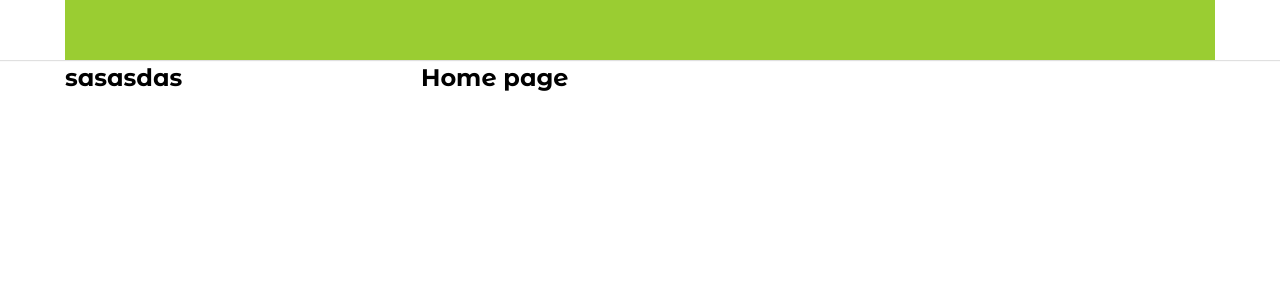
Repository: thinh909thinh/tiktok
Page: /
An editor plug-in stored every save of this project. The page is shown before and after the next save, followed by the edit.
The browser window is 1280 px wide. The pictures show the whole page.
The project was rebuilt for these pictures with package versions that can differ from the ones it lists, and the page was loaded fresh each time. Also part of the build but not shown: src/components/Layout/HeaderOnly/index.js, src/pages/Followwing/index.js, src/pages/Profile/index.js, src/pages/Upload/index.js, src/pages/Seach/index.js.

Above is the page before, as saved 2022-08-26 14:31:18.

### src/index.js
import React from 'react';
import ReactDOM from 'react-dom/client';
import App from '~/App';
import reportWebVitals from './reportWebVitals';
import GlobalStyles from '~/components/GlobalStyles';
const root = ReactDOM.createRoot(document.getElementById('root'));
root.render(
    <React.StrictMode>
        <GlobalStyles>
            <App />
        </GlobalStyles>
    </React.StrictMode>,
);

// If you want to start measuring performance in your app, pass a function
// to log results (for example: reportWebVitals(console.log))
// or send to an analytics endpoint. Learn more: https://bit.ly/CRA-vitals
reportWebVitals();

### src/App.js
import { BrowserRouter as Router, Route, Routes } from 'react-router-dom';
import { Fragment } from 'react';
import { publicRoutes } from '~/routes';
import { DefaultLayout } from '~/components/Layout';
function App() {
    return (
        <Router>
            <div className="App">
                <Routes>
                    {publicRoutes.map((route, index) => {
                        const Page = route.component;
                        let Layout = DefaultLayout;
                        if (route.layout) {
                            Layout = route.layout;
                        } else if (route.layout === null) {
                            Layout = Fragment;
                        }
                        return (
                            <Route
                                key={index}
                                path={route.path}
                                element={
                                    <Layout>
                                        <Page />
                                    </Layout>
                                }
                            />
                        );
                    })}
                </Routes>
            </div>
        </Router>
    );
}
export default App;

### src/routes/index.js
import { HeaderOnly } from '~/components/Layout';
// pages
import Home from '~/pages/Home';
import Following from '~/pages/Followwing';
import Profile from '~/pages/Profile';
import Upload from '~/pages/Upload';
import Seach from '~/pages/Seach';
// publicRoutes
const publicRoutes = [
    { path: '/', component: Home },
    { path: '/following', component: Following },
    { path: '/profile', component: Profile },
    { path: '/upload', component: Upload, layout: HeaderOnly },
    { path: '/seach', component: Seach, layout: null },
];
const privateRoutes = [];
export { publicRoutes, privateRoutes };

### src/components/GlobalStyles/GlobalStyles.scss
@import 'normalize.css';
@import url('https://fonts.googleapis.com/css2?family=Montserrat+Alternates:wght@300;400;500;600;700&family=Montserrat:ital,wght@1,900&display=swap');
:root {
    --primary: #fe2c55;
    // deaful layout
    --default-layout-header-hight: 60px;
    --default-layout-width-content: 1150px;
}
* {
    box-sizing: border-box;
    margin: 0;
    padding: 0;
}
html {
    font-size: 62.5%;
}
body {
    font-family: 'Montserrat', sans-serif;
    font-family: 'Montserrat Alternates', sans-serif;
    font-size: 1.6rem;
    line-height: 1.5;
    text-rendering: optimizeSpeed;
}

### src/components/Layout/DefaultLayout/index.js
import Header from '~/components/Layout/components/Header';
import styles from './DefaultLayout.module.scss';
import classNames from 'classnames/bind';
import Sidebar from './Sidebar';
const cx = classNames.bind(styles);
function DefaultLayout({ children }) {
    return (
        <div className={cx('wrapper')}>
            <Header />
            <div className={cx('container')}>
                <Sidebar />
                <div className={cx('content')}>{children}</div>
            </div>
        </div>
    );
}

export default DefaultLayout;

### src/components/Layout/components/Header/index.js
import styles from './Header.module.scss';
import classNames from 'classnames/bind';
const cx = classNames.bind(styles);
function Header() {
    return (
        <header className={cx('wrapper')}>
            <div className={cx('inner')}></div>
        </header>
    );
}

export default Header;

### src/components/Layout/DefaultLayout/DefaultLayout.module.scss
.wrapper {
    display: flex;
    flex-direction: column;
    align-items: center;
}
.container {
    width: var(--default-layout-width-content);
    display: flex;
}
.content {
    flex: 1;
}

### src/components/Layout/DefaultLayout/Sidebar/index.js
import styles from './Sidebar.module.scss';
import classNames from 'classnames/bind';
const cx = classNames.bind(styles);
function Sidebar() {
    return (
        <aside className={cx('wrapper')}>
            <h2>sasasdas</h2>
        </aside>
    );
}

export default Sidebar;

### src/components/Layout/components/Header/Header.module.scss
.wrapper {
    height: var(--default-layout-header-hight);
    box-shadow: 0px 1px 1px rgb(0 0 0 / 12%);
    display: flex;
    justify-content: center;
    width: 100%;
}
.inner {
    height: 100%;
    width: var(--default-layout-width-content);
    background-color: yellowgreen;
}

Loaded but not shown: public/index.html (common file); src/reportWebVitals.js (common file); src/components/GlobalStyles/index.js (common file); src/components/Layout/index.js (common file); src/pages/Home/index.js (common file); src/components/Layout/DefaultLayout/Sidebar/Sidebar.module.scss (common file)

After the next save:
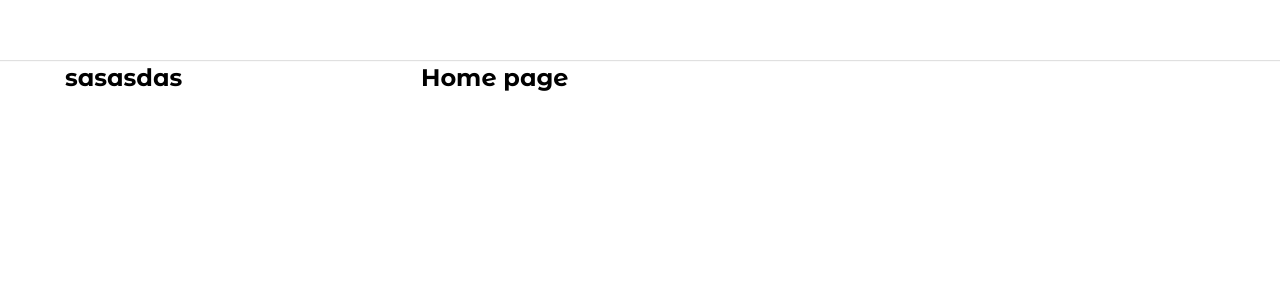
Saved 49 s later.
--- a/src/components/Layout/components/Header/Header.module.scss
+++ b/src/components/Layout/components/Header/Header.module.scss
@@ -8,5 +8,4 @@
 .inner {
     height: 100%;
     width: var(--default-layout-width-content);
-    background-color: yellowgreen;
 }
